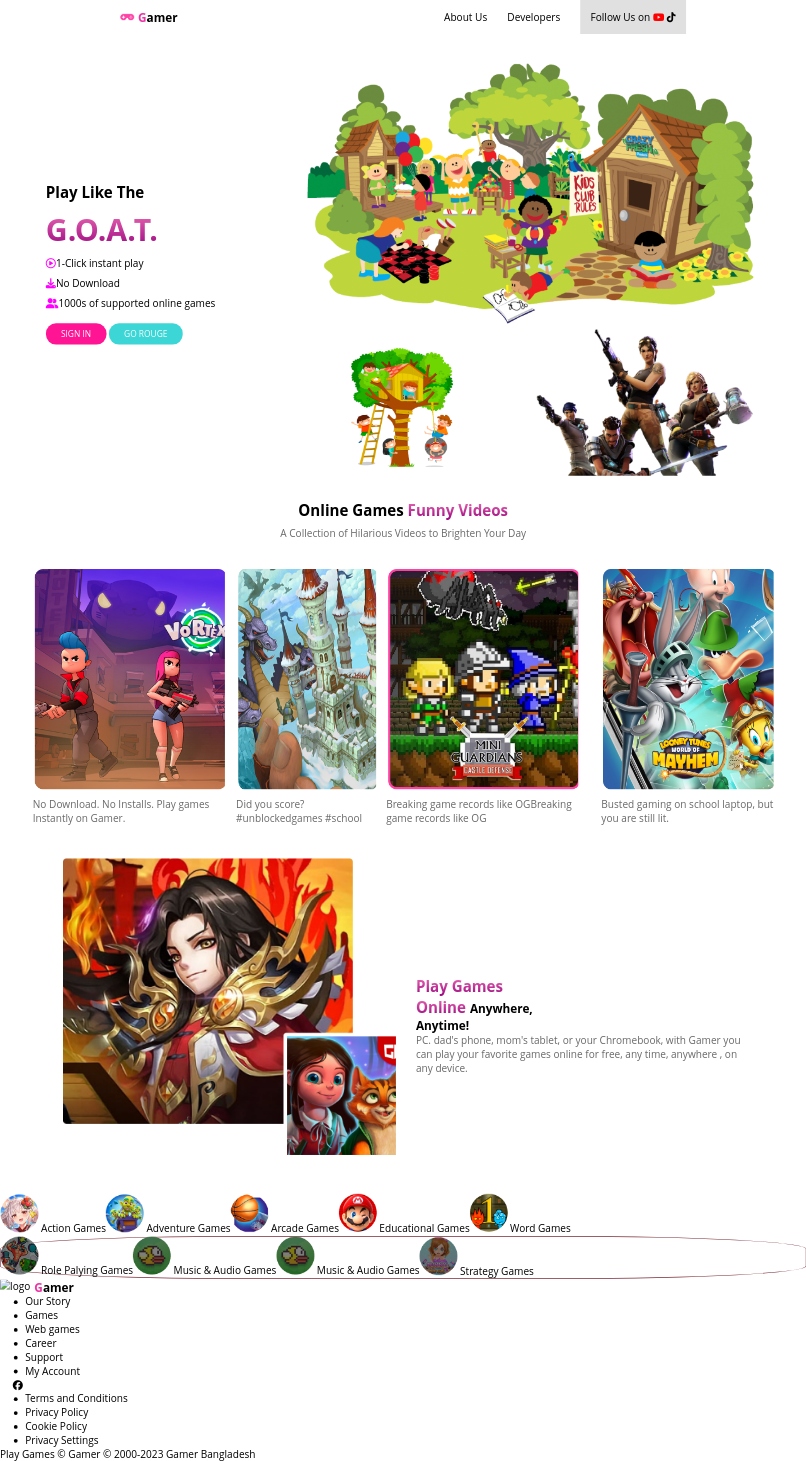
Repository: sadiaafsana138/Gamer-Zone
Page: index.html
An editor plug-in stored every save of this project. The page is shown before and after the next save, followed by the edit.
The browser window is 1280 px wide. The pictures show the whole page, at 63% of full size.
Some web libraries are served in a nearby version.

Above is the page before, as saved 2023-09-06 20:05:06.

After the next save:
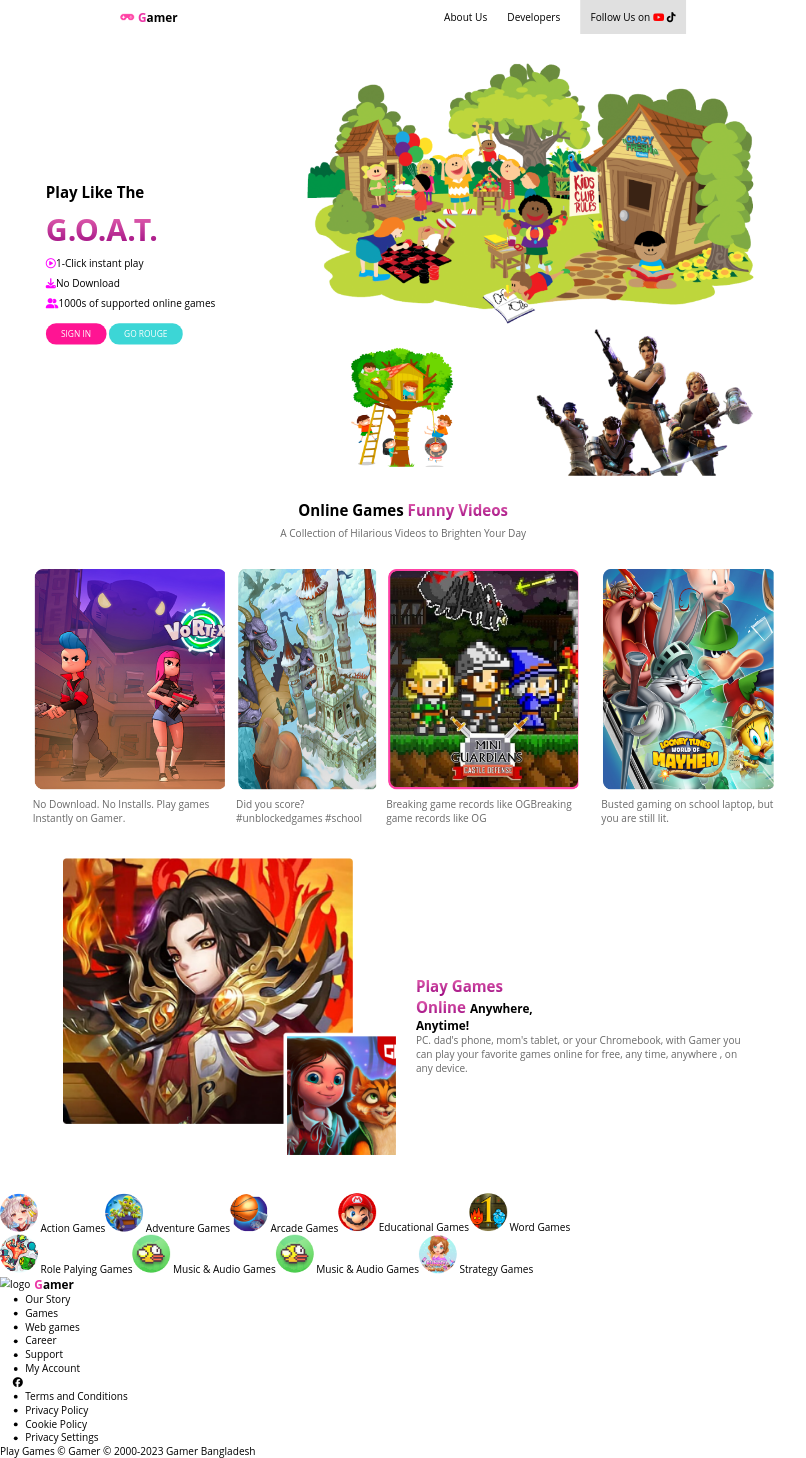
Saved 28 s later.
--- a/styles.css
+++ b/styles.css
@@ -156,12 +156,11 @@
 }
 /*section 5*/
 .sec5-1,.sec5-2{
-    border: 1px solid transparent;
-    border-radius: 30%;
+
     place-items: center;
 
 }
-.section-5:hover .sec5-1,.sec5-2{
+.section-5:hover {
     filter: brightness(50%);
     border: 1px solid rgb(247, 86, 112);
 }
